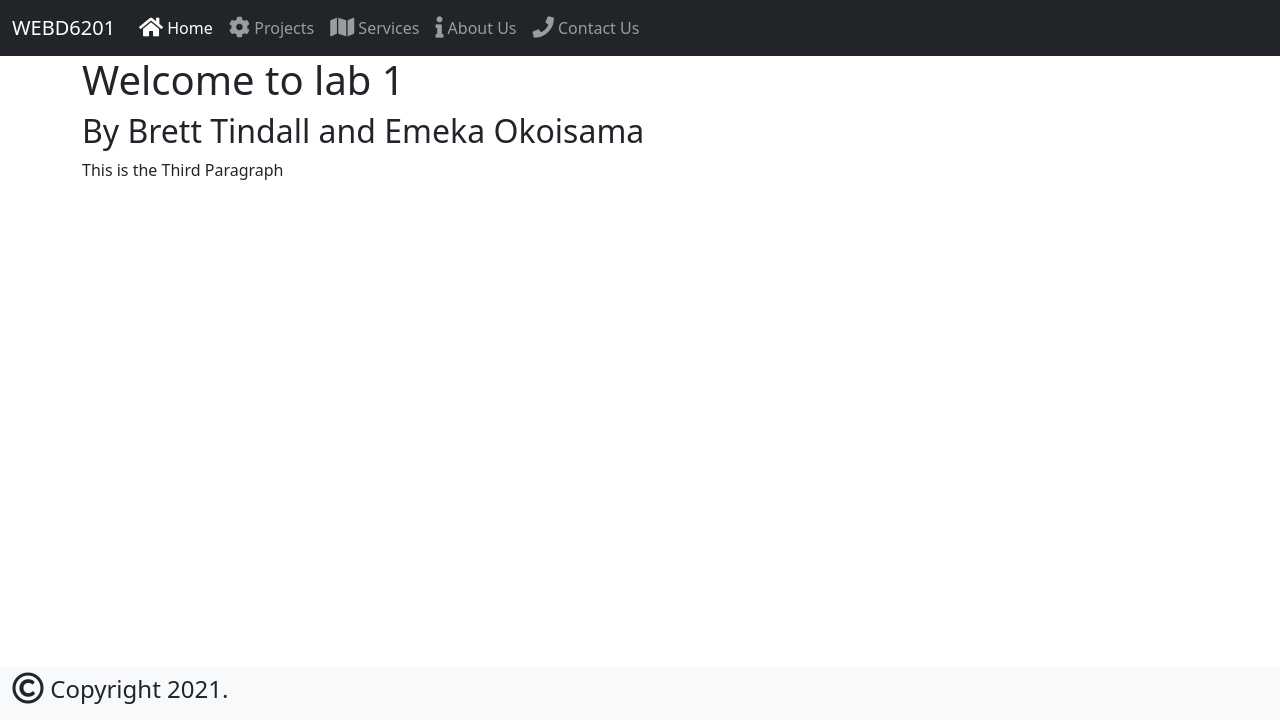
Repository: Sub4Sub/Lab_1
Page: index.html
An editor plug-in stored every save of this project. The page is shown before and after the next save, followed by the edit.
The browser window is 1280 px wide. The pictures show the whole page.

Above is the page before, as saved 2021-02-03 18:27:27.

After the next save:
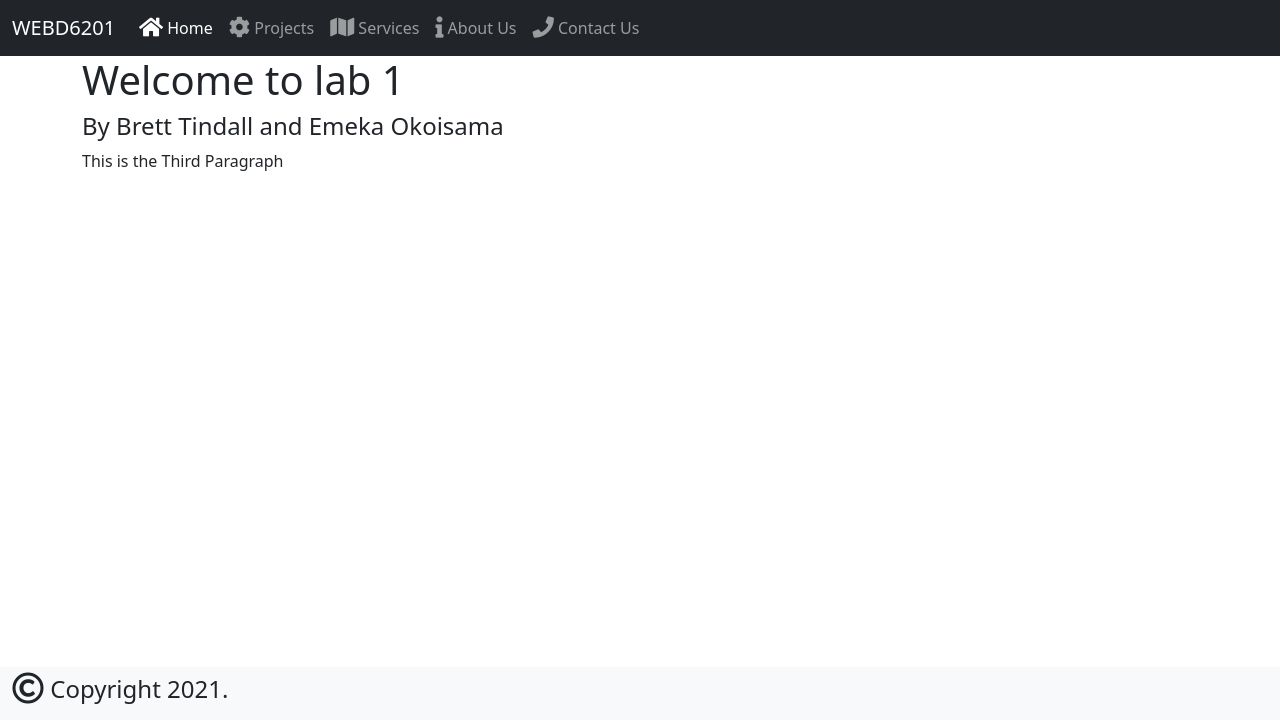
Saved 8 s later.
--- a/Scripts/app.js
+++ b/Scripts/app.js
@@ -27,7 +27,7 @@
 
         let newDivTag = document.createElement("div");
         newDivTag.innerHTML =
-        `<h2>By Brett Tindall and Emeka Okoisama</h2>
+        `<h4>By Brett Tindall and Emeka Okoisama</h4>
         <p id="paragraphThree"> This is the Third Paragraph </p>`;
 
         mainContent.append(newDivTag);
